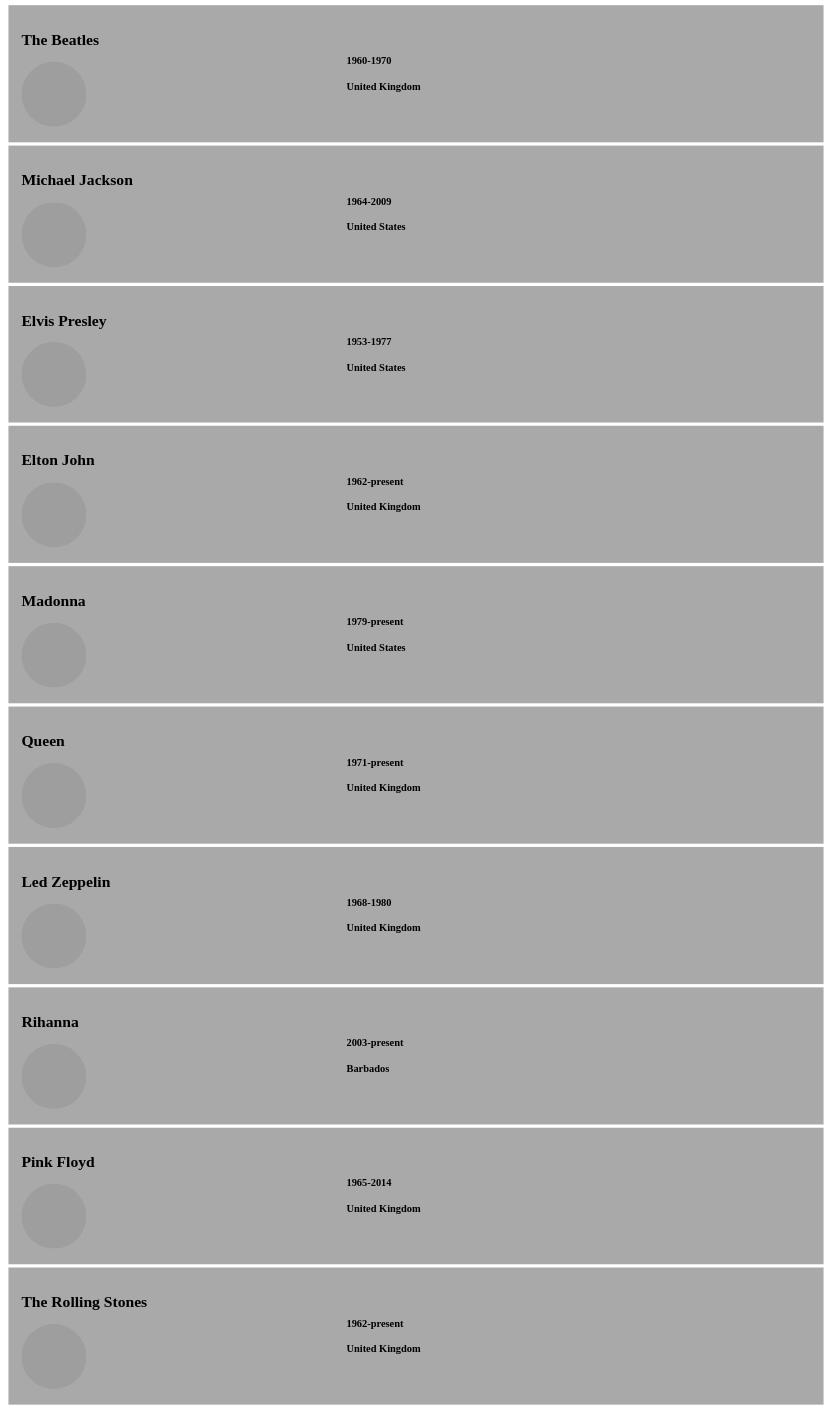
Repository: MelissaJacobi/Frontend-lab-2
Page: /
These files come from the project's save history. The page is drawn as it stood at one moment and after the next save; the edit follows.
The browser window is 1280 px wide. The pictures show the whole page, at 65% of full size.
Pictures or frames that could not be fetched are drawn as grey boxes. The project was rebuilt for these pictures with package versions that can differ from the ones it lists, and the page was loaded fresh each time. Also part of the build but not shown: vite.config.js.

Above is the page before, as saved 2024-09-19 13:58:31.

After the next save:
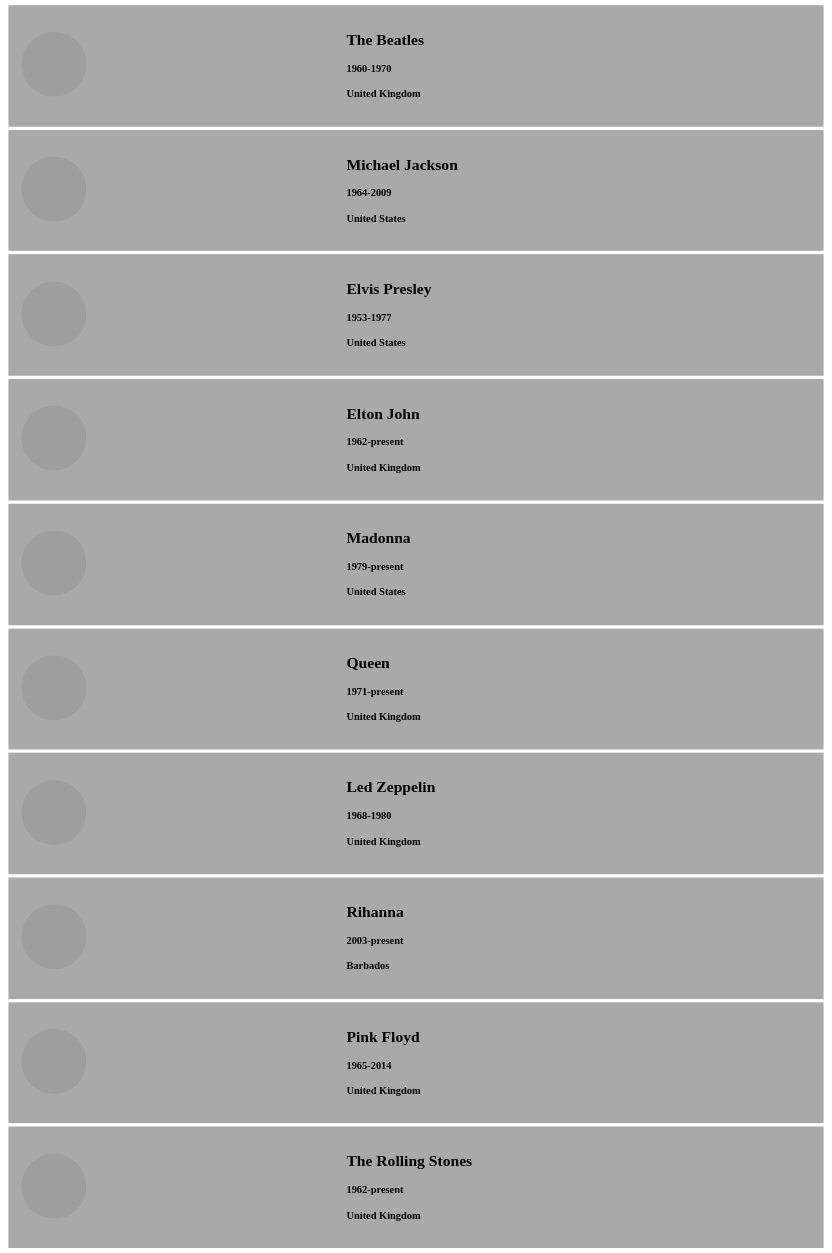
Saved 3 min 48 s later.
--- a/src/components/ArtistDetails.jsx
+++ b/src/components/ArtistDetails.jsx
@@ -6,12 +6,12 @@
     <div className="app">
         <div className="artist_li">
             <div>
-               <h2>{artistName}</h2>
                 <img src={artistURL} alt={artistName} className="photo" />
             </div>
             <div>
-              <h4>{artistActive}</h4>
-            <h4>{artistCountry}</h4>
+                <h2>{artistName}</h2>
+                <h4>{artistActive}</h4>
+                <h4>{artistCountry}</h4>
             </div>
         </div>
 
